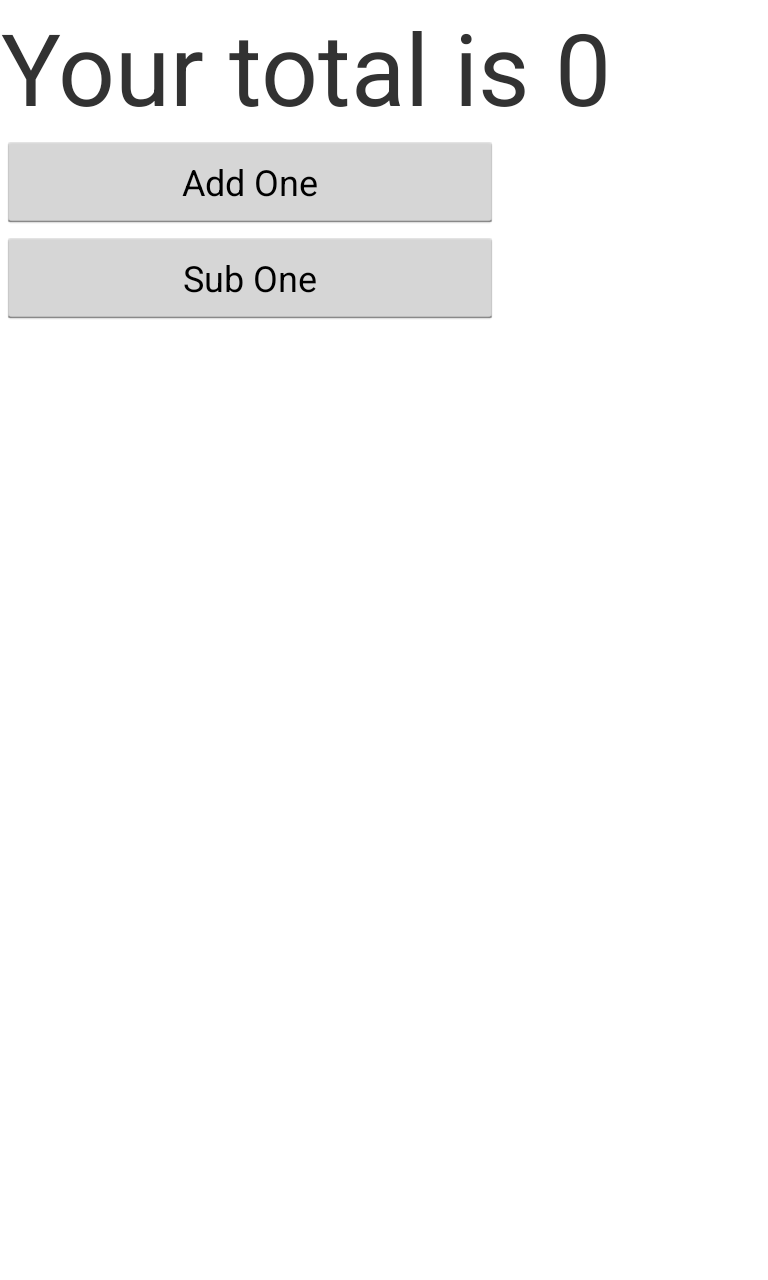
Repository: eshan22/android
Layout: projectone/res/layout/activity_start.xml
An editor plug-in stored every save of this project. The layout is shown before and after the next save, followed by the edit.
It is drawn on a 768 x 1280 px phone screen (xhdpi) without system bars, with theme AppTheme; the app's code is not run.

Above is the layout before, as saved 2013-06-18 13:10:59.

After the next save:
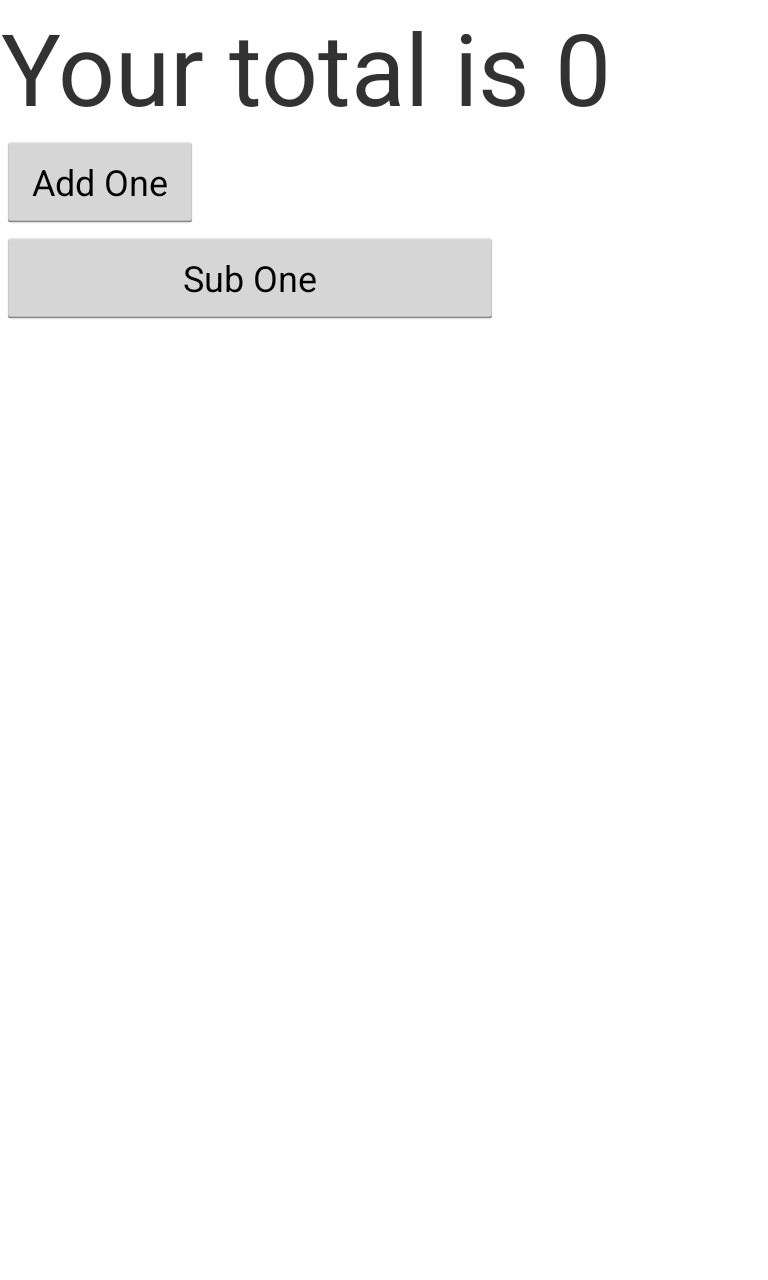
Saved 12 s later.
--- a/projectone/res/layout/activity_start.xml
+++ b/projectone/res/layout/activity_start.xml
@@ -16,7 +16,7 @@
 
     <Button
         android:text="Add One"
-        android:layout_width="250dp"
+        android:layout_width="100dp"
         android:layout_height="wrap_content"
         android:id="@+id/add"
 
